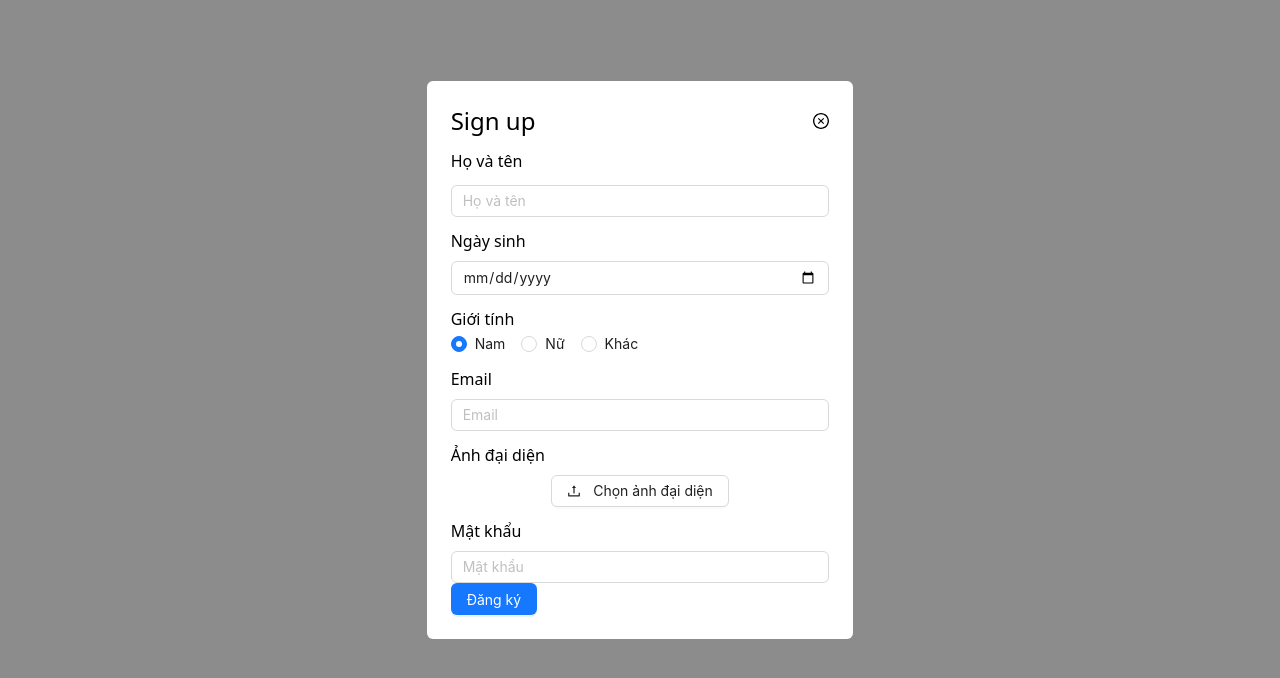
Repository: TinhTT336/MD02_Session14
Page: / (app in client/)
The author's editor kept a copy of each file at every save. The page is drawn from the files as they stood at one save, then again after the next save.
The browser window is 1280 px wide. The pictures show the whole page.
The project was rebuilt for these pictures with package versions that can differ from the ones it lists, and the page was loaded fresh each time. Also part of the build but not shown: client/vite.config.js, client/src/firebase/configFirebase.js, client/src/components/UploadSingleFile.jsx, client/src/components/register/register.css, client/src/components/register/Register.jsx, client/src/components/register/RegisterWithImg.jsx.

Above is the page before, as saved 2023-09-14 14:30:21.

After the next save:
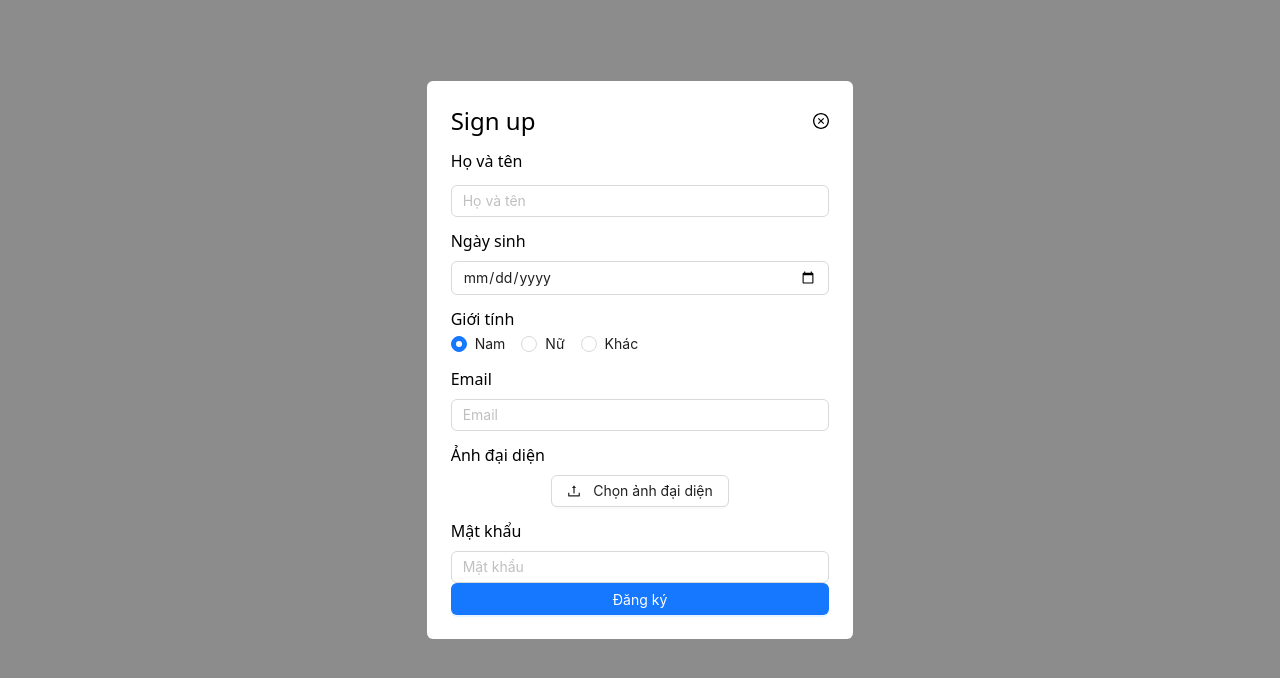
Saved 52 s later.
--- a/client/src/components/signup/Signup.jsx
+++ b/client/src/components/signup/Signup.jsx
@@ -67,7 +67,7 @@ export default function Signup() {
                         <Input placeholder="Mật khẩu" className='mt-2' name='password' id='password' type='password' />
                     </div>
                     <div>
-                        <Button type='primary'>Đăng ký</Button>
+                        <Button type='primary' block className='w-full'>Đăng ký</Button>
                     </div>
                 </form>
             </div>
